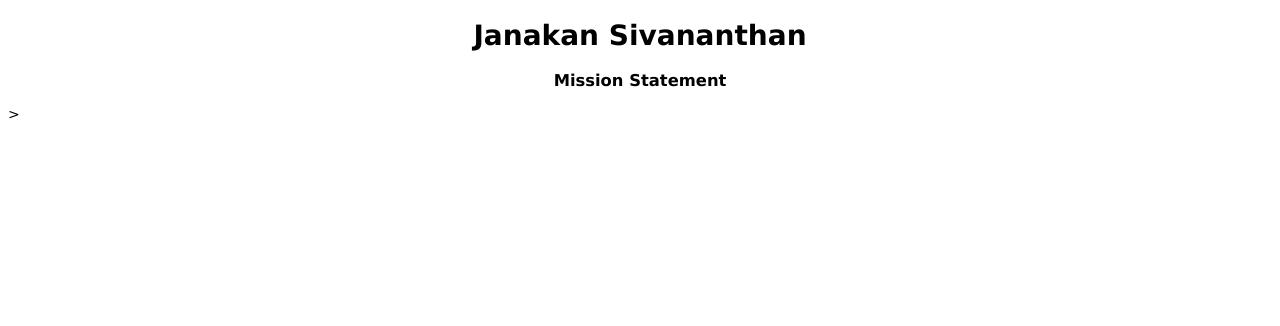
Repository: JanakanS95/COMP-229-Assignment-1
Page: http://localhost/
These files come from the project's save history. The page is drawn as it stood at one moment and after the next save; the edit follows.
The browser window is 1280 px wide. The pictures show the whole page.
The page is served by the project's Node server (app.js).

Above is the page before, as saved 2021-06-04 06:25:53.

After the next save:
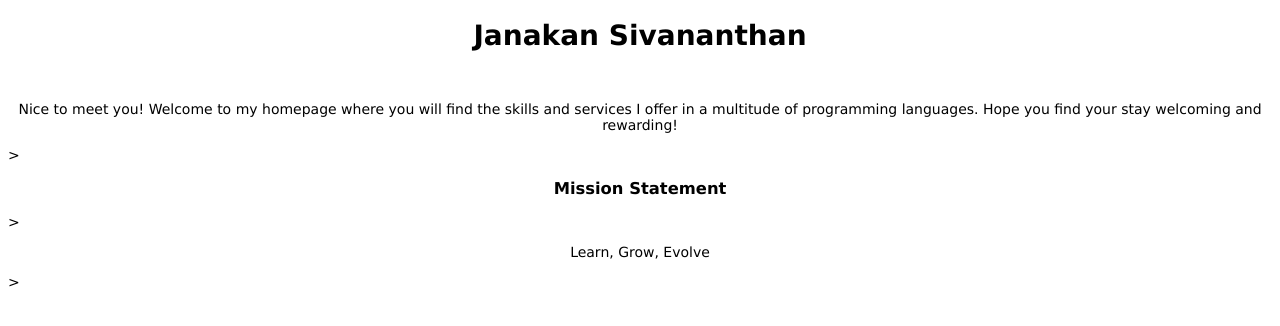
Saved 4 min 58 s later.
--- a/views/index.ejs
+++ b/views/index.ejs
@@ -9,7 +9,16 @@
 </head>
 <body>
   <h1><%= title %></h1>
-
+  <br>
+  <div>
+    <p>Nice to meet you! Welcome to my homepage where you will find the skills and services
+      I offer in a multitude of programming languages. Hope you find your stay welcoming and
+      rewarding!
+    </p>
+  </div>>
+  <br>
   <h3>Mission Statement</h3>>
+  <br>
+  <p>Learn, Grow, Evolve</p>>
 </body>
 </html>
